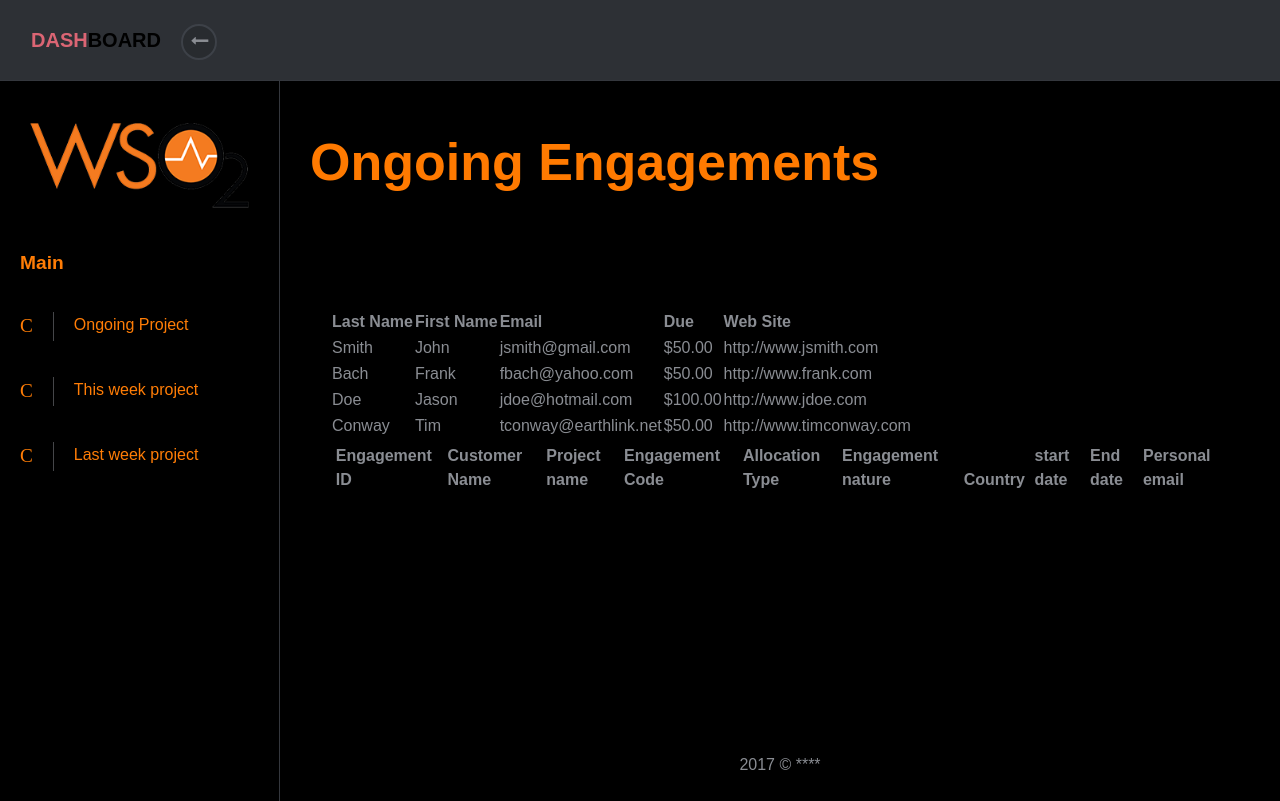
Repository: tharmini/engagement
Page: http://localhost/wproject/WEB-INF/views/engagementListView.jsp
An editor plug-in stored every save of this project. The page is shown before and after the next save, followed by the edit.
The browser window is 1280 px wide. The pictures show the whole page.
Some web fonts or font styles are not loaded; a fallback is used. The page is served by Tomcat 9. Nobody is signed in. Other server files are loaded and not shown. The template is opened directly, without the code that normally fills it, so the values that code supplies are empty.

Above is the page before, as saved 2018-01-08 10:19:43.
Console error: TypeError: Cannot read properties of undefined (reading 'rows')

### project (5)/wproject/WebContent/WEB-INF/views/engagementListView.jsp
<%@ page language="java" contentType="text/html; charset=UTF-8"
	pageEncoding="UTF-8"%>
<%@ taglib uri="http://java.sun.com/jsp/jstl/core" prefix="c"%>
<!DOCTYPE html>
<html>
<head>
<meta charset="utf-8">
<meta http-equiv="X-UA-Compatible" content="IE=edge">
<title></title>
<meta name="description" content="">
<meta name="viewport" content="width=device-width, initial-scale=1">
<meta name="robots" content="all,follow">
<!-- Bootstrap CSS-->
<link rel="stylesheet" href="vendor/bootstrap/css/bootstrap.min.css">
<!-- Font Awesome CSS-->
<link rel="stylesheet"
	href="vendor/font-awesome/css/font-awesome.min.css">
<!-- Custom Font Icons CSS-->
<link rel="stylesheet" href="css/font.css">
<!-- Google fonts - Muli-->
<link rel="stylesheet"
	href="https://fonts.googleapis.com/css?family=Muli:300,400,700">
<!-- theme stylesheet-->
<link rel="stylesheet" href="css/style.default.css"
	id="theme-stylesheet">
<!-- Custom stylesheet - for your changes-->
<link rel="stylesheet" href="css/custom.css">
<!-- Favicon-->
<link rel="shortcut icon"
	href="WebContent/WEB-INF/views/dark-admin/img/WSO2_Software_Logo.png">
<!-- Tweaks for older IEs-->
<!--[if lt IE 9]>
        <script src="https://oss.maxcdn.com/html5shiv/3.7.3/html5shiv.min.js"></script>
        <script src="https://oss.maxcdn.com/respond/1.4.2/respond.min.js"></script><![endif]-->
        <script type="text/javascript" src="js/jquery-latest.js"></script>
		<script type="text/javascript" src="js/jquery.tablesorter.js"></script>
		<script type="text/javascript">
		$(document).ready(function()
		    {
			$("#myTable").tablesorter();
		    }
		);
		</script>
</head>
<body>
	<header class="header">
		<nav class="navbar navbar-expand-lg">


			<div
				class="container-fluid d-flex align-items-center justify-content-between">
				<div class="navbar-header">
					<a href="index.html" class="navbar-brand">
						<div class="brand-text brand-big visible text-uppercase">
							<strong class="text-primary">DASH</strong><strong>BOARD</strong>
						</div>
						<div class="brand-text brand-sm">
							<strong class="text-primary">D</strong><strong>B</strong>
						</div>
					</a>
					<button class="sidebar-toggle">
						<i class="fa fa-long-arrow-left"></i>
					</button>
				</div>


			</div>
		</nav>
	</header>

	<div class="d-flex align-items-stretch">
		<!-- Sidebar Navigation-->
		<nav id="sidebar">
			<div class="sidebar-header d-flex align-items-center">
				<div>
					<img src="img/WSO2_Software_Logo.png" alt="..." class="img-fluid">
				</div>


			</div>

			<span class="heading">Main</span>
			<ul class="list-unstyled">
				<li><a href="${pageContext.request.contextPath}/engagementList">
						<i class="icon-page"></i>Ongoing Project
				</a></li>
				<li><a
					href="${pageContext.request.contextPath}/Thisweekproject"> <i
						class="icon-page"></i>This week project
				</a></li>
				<li><a
					href="${pageContext.request.contextPath}/Lastweekproject"> <i
						class="icon-page"></i>Last week project
				</a></li>
		</nav>
		<div class="page-content">


			<div class="page-header">
				<div class="container-fluid">
					<h2 class="h5 no-margin-bottom">Ongoing Engagements</h2>
				</div>
			</div>
			<section class="no-padding-top">
				<div class="container-fluid">
					<div class="row">

						<div class="col-lg-12">
							<p style="color: orange;">${errorString}</p>
							<div class="block  table-responsive">
								<table id="myTable1" class="tablesorter">
<thead>
<tr>
    <th>Last Name</th>
    <th>First Name</th>
    <th>Email</th>
    <th>Due</th>
    <th>Web Site</th>
</tr>
</thead>
<tbody>
<tr>
    <td>Smith</td>
    <td>John</td>
    <td>jsmith@gmail.com</td>
    <td>$50.00</td>
    <td>http://www.jsmith.com</td>
</tr>
<tr>
    <td>Bach</td>
    <td>Frank</td>
    <td>fbach@yahoo.com</td>
    <td>$50.00</td>
    <td>http://www.frank.com</td>
</tr>
<tr>
    <td>Doe</td>
    <td>Jason</td>
    <td>jdoe@hotmail.com</td>
    <td>$100.00</td>
    <td>http://www.jdoe.com</td>
</tr>
<tr>
    <td>Conway</td>
    <td>Tim</td>
    <td>tconway@earthlink.net</td>
    <td>$50.00</td>
    <td>http://www.timconway.com</td>
</tr>
</tbody>
</table>
								<table id ="myTable" class="table table-striped table-sm">
									<thead>
										<tr>
											<th>Engagement ID</th>
											<th>Customer Name</th>
											<th>Project name</th>
											<th>Engagement Code</th>
											<th>Allocation Type</th>
											<th>Engagement nature</th>
											<th>Country</th>
											<th>start date</th>
											<th>End date</th>
											<th>Personal email</th>


										</tr>

										<c:forEach items="${engagementList1}" var="engagement">
											<tr>
												<td>${engagement.getId()}</td>
												<td>${engagement.getCustomer_name()}</td>
												<td>${engagement.getProject_name()}</td>
												<td>${engagement.getEngagement_code()}</td>
												<td>${engagement.getAllocation_type2()}</td>
												<td>${engagement.getEngagement_nature()}</td>
												<td>${engagement.getCountry()}</td>
												<td>${engagement.getStart_date()}</td>
												<td>${engagement.getEnd_date()}</td>
												<td>${engagement.person_email()}</td>

											</tr>
										</c:forEach>
									</tbody>
								</table>
							</div>
						</div>
					</div>
				</div>
			</section>
			<footer class="footer">
				<div class="footer__block block no-margin-bottom">
					<div class="container-fluid text-center">
						<!-- Please do not remove the backlink to us unless you support us at https://bootstrapious.com/donate. It is part of the license conditions. Thank you for understanding :)-->
						<p class="no-margin-bottom">2017 &copy; ****</p>
					</div>
				</div>
			</footer>
		</div>
	</div>
	<!-- Javascript files-->
	<!-- <script src="https://code.jquery.com/jquery-3.2.1.min.js"></script>
	<script
		src="https://cdnjs.cloudflare.com/ajax/libs/popper.js/1.11.0/umd/popper.min.js">

	</script>
	<script src="vendor/bootstrap/js/bootstrap.min.js"></script>
	<script src="vendor/jquery.cookie/jquery.cookie.js">

	</script>
	<script src="vendor/chart.js/Chart.min.js"></script>
	<script src="js/charts-home.js"></script>
	<script src="js/front.js"></script>
	<script src="js/sortcolumn.js"></script>
	 -->

</body>
</html>

### project (5)/wproject/WebContent/css/font.css
@charset "UTF-8";

@font-face {
  font-family: "dark-dashboard";
  src:url("../fonts/dark-dashboard.eot");
  src:url("../fonts/dark-dashboard.eot?#iefix") format("embedded-opentype"),
    url("../fonts/dark-dashboard.woff") format("woff"),
    url("../fonts/dark-dashboard.ttf") format("truetype"),
    url("../fonts/dark-dashboard.svg#dark-dashboard") format("svg");
  font-weight: normal;
  font-style: normal;

}

[data-icon]:before {
  font-family: "dark-dashboard" !important;
  content: attr(data-icon);
  font-style: normal !important;
  font-weight: normal !important;
  font-variant: normal !important;
  text-transform: none !important;
  speak: none;
  line-height: 1;
  -webkit-font-smoothing: antialiased;
  -moz-osx-font-smoothing: grayscale;
}

[class^="icon-"]:before,
[class*=" icon-"]:before {
  font-family: "dark-dashboard" !important;
  font-style: normal !important;
  font-weight: normal !important;
  font-variant: normal !important;
  text-transform: none !important;
  speak: none;
  line-height: 1;
  -webkit-font-smoothing: antialiased;
  -moz-osx-font-smoothing: grayscale;
}

.icon-bars:before {
  content: "\61";
}
.icon-cloud:before {
  content: "\62";
}
.icon-computer:before {
  content: "\63";
}
.icon-contract:before {
  content: "\64";
}
.icon-controls:before {
  content: "\65";
}
.icon-dashboard:before {
  content: "\66";
}
.icon-email:before {
  content: "\67";
}
.icon-info:before {
  content: "\69";
}
.icon-layers:before {
  content: "\6a";
}
.icon-light-bulb:before {
  content: "\6b";
}
.icon-paper-and-pencil:before {
  content: "\6c";
}
.icon-pie-chart:before {
  content: "\6d";
}
.icon-pie-chart-1:before {
  content: "\6e";
}
.icon-presentation:before {
  content: "\6f";
}
.icon-settings:before {
  content: "\70";
}
.icon-settings-1:before {
  content: "\71";
}
.icon-three-cells:before {
  content: "\72";
}
.icon-writing-whiteboard:before {
  content: "\73";
}
.icon-magnifying-glass-browser:before {
  content: "\74";
}
.icon-new-file:before {
  content: "\75";
}
.icon-close:before {
  content: "\76";
}
.icon-flask:before {
  content: "\77";
}
.icon-grid:before {
  content: "\78";
}
.icon-picture:before {
  content: "\79";
}
.icon-website:before {
  content: "\7a";
}
.icon-line-chart:before {
  content: "\41";
}
.icon-log-out:before {
  content: "\42";
}
.icon-page:before {
  content: "\43";
}
.icon-log-out-1:before {
  content: "\44";
}
.icon-bill:before {
  content: "\45";
}
.icon-check:before {
  content: "\46";
}
.icon-list:before {
  content: "\47";
}
.icon-padnote:before {
  content: "\48";
}
.icon-pencil-case:before {
  content: "\49";
}
.icon-user:before {
  content: "\4a";
}
.icon-form-1:before {
  content: "\4b";
}
.icon-list-1:before {
  content: "\4c";
}
.icon-mail:before {
  content: "\4d";
}
.icon-presentation-1:before {
  content: "\4e";
}
.icon-logout:before {
  content: "\4f";
}
.icon-home:before {
  content: "\50";
}
.icon-windows:before {
  content: "\51";
}
.icon-chart:before {
  content: "\52";
}
.icon-repo-forked:before {
  content: "\68";
}
.icon-flow-branch:before {
  content: "\53";
}
.icon-user-outline:before {
  content: "\54";
}
.icon-user-1:before {
  content: "\55";
}

Loaded but not shown: project (5)/wproject/WebContent/css/custom.css (common file); project (5)/wproject/WebContent/js/jquery-latest.js (library); project (5)/wproject/WebContent/js/jquery.tablesorter.js (library); project (5)/wproject/WebContent/css/style.default.css (3181 lines, source omitted)

After the next save:
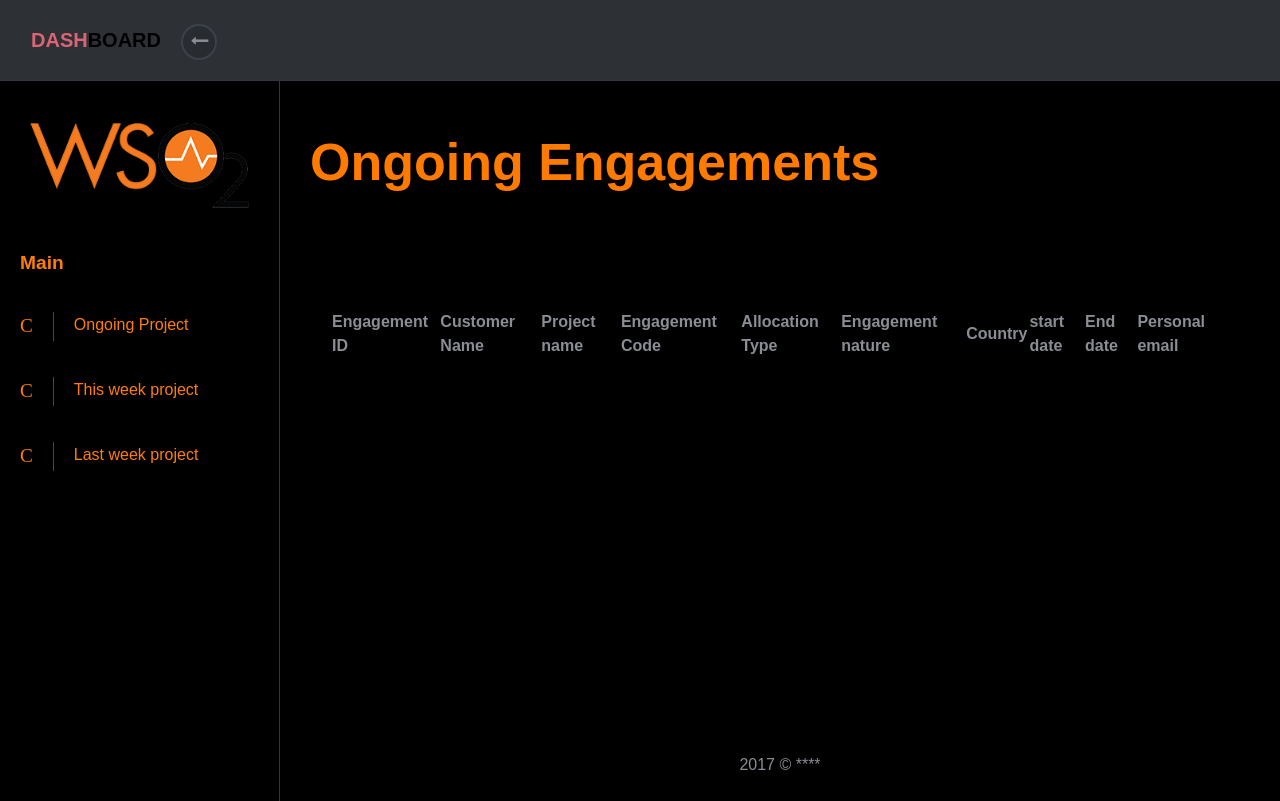
The error is gone.
Saved 2 min 23 s later.
--- a/project (5)/wproject/WebContent/WEB-INF/views/engagementListView.jsp
+++ b/project (5)/wproject/WebContent/WEB-INF/views/engagementListView.jsp
@@ -109,47 +109,6 @@
 							<p style="color: orange;">${errorString}</p>
 							<div class="block  table-responsive">
 								<table id="myTable1" class="tablesorter">
-<thead>
-<tr>
-    <th>Last Name</th>
-    <th>First Name</th>
-    <th>Email</th>
-    <th>Due</th>
-    <th>Web Site</th>
-</tr>
-</thead>
-<tbody>
-<tr>
-    <td>Smith</td>
-    <td>John</td>
-    <td>jsmith@gmail.com</td>
-    <td>$50.00</td>
-    <td>http://www.jsmith.com</td>
-</tr>
-<tr>
-    <td>Bach</td>
-    <td>Frank</td>
-    <td>fbach@yahoo.com</td>
-    <td>$50.00</td>
-    <td>http://www.frank.com</td>
-</tr>
-<tr>
-    <td>Doe</td>
-    <td>Jason</td>
-    <td>jdoe@hotmail.com</td>
-    <td>$100.00</td>
-    <td>http://www.jdoe.com</td>
-</tr>
-<tr>
-    <td>Conway</td>
-    <td>Tim</td>
-    <td>tconway@earthlink.net</td>
-    <td>$50.00</td>
-    <td>http://www.timconway.com</td>
-</tr>
-</tbody>
-</table>
-								<table id ="myTable" class="table table-striped table-sm">
 									<thead>
 										<tr>
 											<th>Engagement ID</th>
@@ -182,6 +141,9 @@
 											</tr>
 										</c:forEach>
 									</tbody>
+</table>
+								<table id ="myTable" class="table table-striped table-sm">
+
 								</table>
 							</div>
 						</div>
